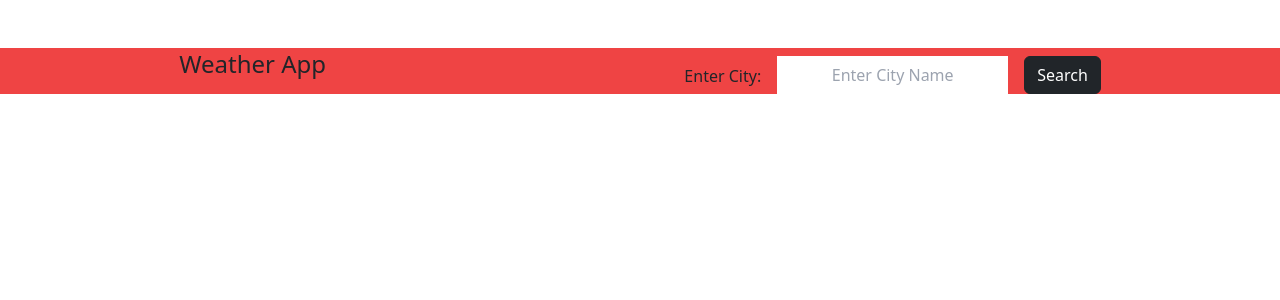
Repository: bhaveshtrades/weatherapp
Page: /
The author's editor kept a copy of each file at every save. The page is drawn from the files as they stood at one save, then again after the next save.
The browser window is 1280 px wide. The pictures show the whole page.
The project was rebuilt for these pictures with package versions that can differ from the ones it lists, and the page was loaded fresh each time. Also part of the build but not shown: src/components/DetailedWeather.jsx, src/components/HourlyForecast.jsx.

Above is the page before, as saved 2023-01-25 00:32:35.

After the next save:
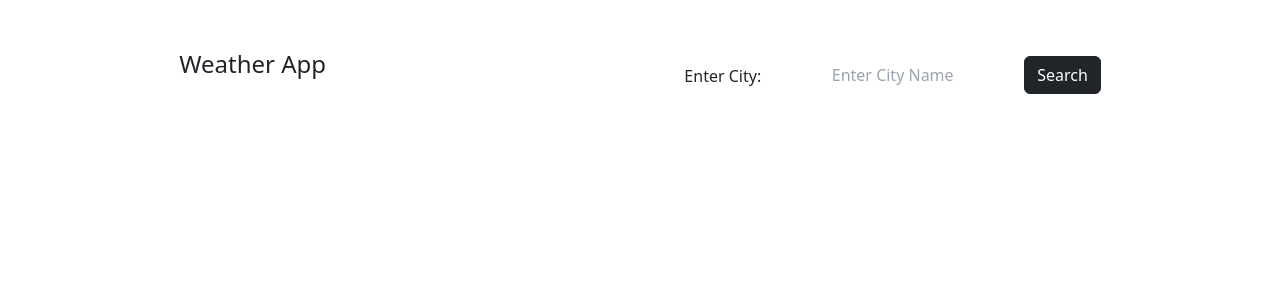
Saved 24 s later.
--- a/src/components/Navbar.jsx
+++ b/src/components/Navbar.jsx
@@ -4,7 +4,7 @@ function Navbar({resultProp, cityProp}){
 
   return (
     <>
-    <div className='sm: bg-red-500 flex justify-around mt-12'>
+    <div className='sm: flex justify-around mt-12'>
     <div>
     <h1 className='sm: text-2xl'>Weather App</h1>
     </div>
